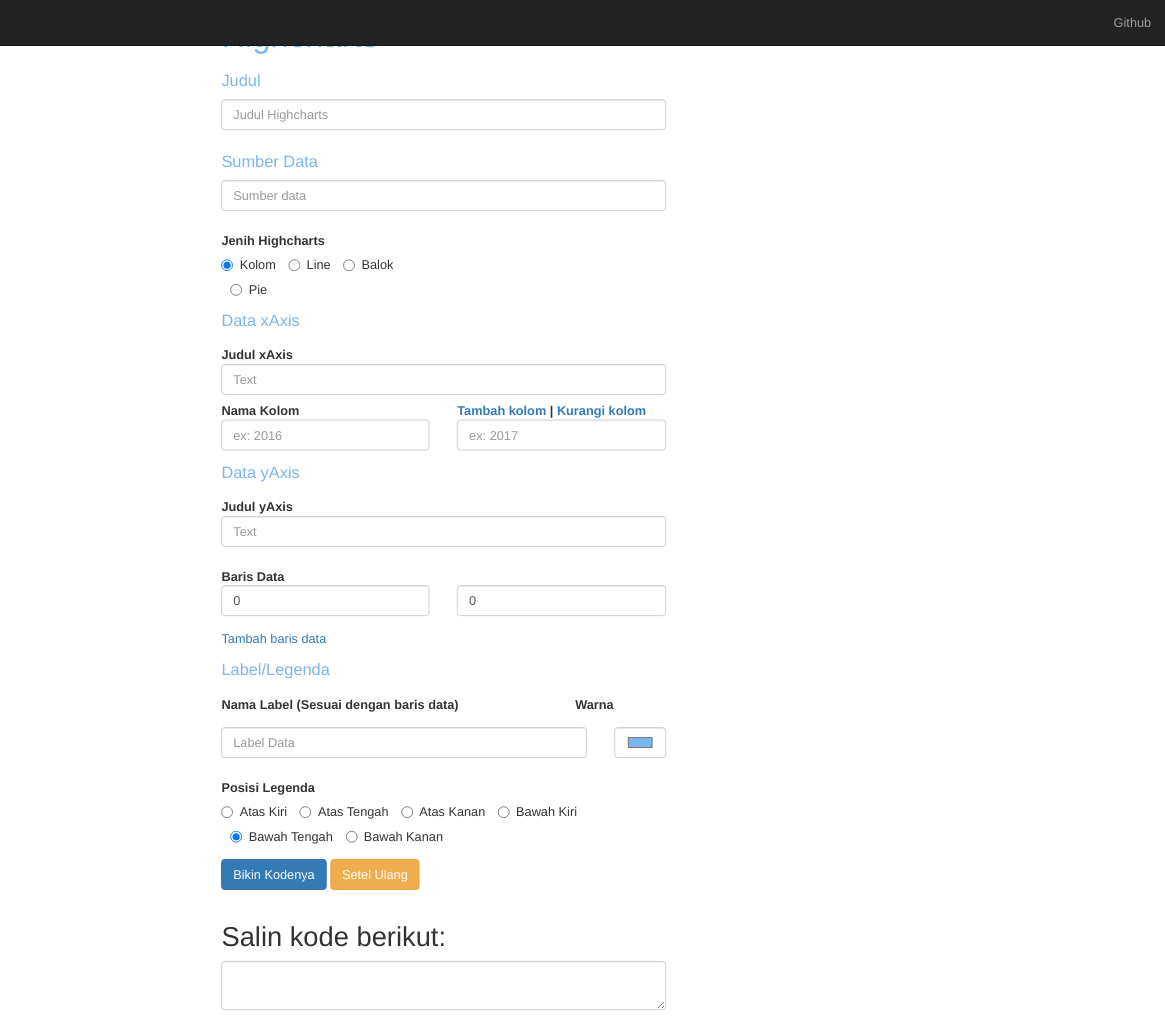
Repository: pt-kompas-media-nusantara/charts-generator
Page: index.html
The author's editor kept a record of every edit. The page is drawn from the files as they stood at one moment, then again after the next edit.
The browser window is 1280 px wide. The pictures show the whole page, at 91% of full size.
Some web libraries are served in a nearby version.

Above is the page before.

### index.html
<!DOCTYPE html>
<html>
    <head lang="en">
        <meta charset="utf-8">
        <meta name="viewport" content="width=device-width, initial-scale=1, maximum-scale=1, user-scalable=no">
        <meta http-equiv="X-UA-Compatible" content="IE=edge">
        <meta name="description" content="Penghasil bagan untuk editor Desk Multimedia Harian Kompas - Chart generator for multimedia editors of Kompas Daily, Indonesia">
        <meta name="author" content="Yosef Yudha Wijaya - https://github.com/gajayana">
        <title>Penghasil Bagan - Balok</title>
        <link rel="stylesheet" href="https://maxcdn.bootstrapcdn.com/bootstrap/3.3.5/css/bootstrap.min.css">
        <link rel="stylesheet" href="css/style.css">
        <script src="https://code.highcharts.com/highcharts.js"></script>
        <!--<script src="js/jscolor.js"></script>-->
    </head>
    <body>
        <nav class="navbar navbar-inverse navbar-fixed-top">
            <div class="container-fluid">
                <div id="navbar" class="navbar-collapse collapse">
                <ul class="nav navbar-nav navbar-right">
                    <li><a href="https://github.com/harian-kompas/chart-generator" target="_blank">Github</a></li>
                </ul>
                </div>
            </div>
        </nav>
        <div id="bar-chart" class="container-fluid">
            <div class="row">
                <div class="col-sm-10 col-sm-offset-3 col-md-10 col-md-offset-2 main">
                    <div class="col-md-12 col-sm-12">
                        <h1>Highcharts</h1>
                        <!--<h2 style="color: red; font-size: 14px;">Ada Bug di seksi custom legend, Sabar ya</h2>-->
                    </div>
                <div class="col-md-6 col-sm-6">
                    <form class="form-horizontal" id="proses-form">
                        <div class="form-group">
                            <div class="col-md-12 col-sm-12">
                                <h4>Judul</h4>
                                <input id="chart-title" name="chart-title" placeholder="Judul Highcharts" maxlength="100" class="form-control">
                            </div>
                        </div>
                        <div class="form-group">
                            <div class="col-md-12 col-sm-12">
                                <h4>Sumber Data</h4>
                                <input id="chart-data-source" name="chart-data-source" placeholder="Sumber data" maxlength="100" class="form-control">
                            </div>
                        </div>
                        <div class="form-group">
                            <div class="col-md-6 col-sm-6 col-xs-6">
                                <label class="control-label">Jenih Highcharts</label>
                                <div>
                                    <label class="radio-inline">
                                        <input type="radio" name="jenis" value="column" checked="checked">Kolom
                                    </label>
                                    <label class="radio-inline">
                                        <input type="radio" name="jenis" value="line">Line
                                    </label>
                                    <label class="radio-inline">
                                        <input type="radio" name="jenis" value="bar">Balok
                                    </label>
                                    <label class="radio-inline">
                                        <input type="radio" name="jenis" value="pie">Pie
                                    </label>
                                </div>
                            </div>
                        </div>
                        <h4>Data xAxis</h4>
                        <div id="table-column" class="form-group">
                            <div class="col-md-12 col-sm-12">
                                <label class="control-label">Judul xAxis</label>
                                <input type="text" maxlength="25" class="form-control" id="judul_kolom" placeholder="Text" maxlength="100">
                            </div>
                            <div class="col-md-6 col-sm-6 col-xs-6">
                                <label class="control-label">Nama Kolom</label>
                            </div>
                            <div class="col-md-6 col-sm-6 col-xs-6 txt-right">
                                <label class="control-label"> <a id="btn-add-table-column" href="#">Tambah kolom</a>&nbsp;|&nbsp;<a id="btn-remove-table-column" href="#">Kurangi kolom</a></label>
                            </div>
                            <div class="col-flexible col-md-6 col-sm-6 col-xs-6">
                                <input type="text" maxlength="25" class="form-control table-column-names" placeholder="ex: 2016">
                            </div>
                            <div class="col-flexible col-md-6 col-sm-6 col-xs-6">
                                <input type="text" maxlength="25" class="form-control table-column-names" placeholder="ex: 2017">
                            </div>
                        </div>
                        <h4>Data yAxis</h4>
                        <div class="form-group">
                            <div class="col-md-12 col-sm-12">
                                <label class="control-label">Judul yAxis</label>
                                <input type="text" maxlength="25" class="form-control" id="judul_baris" placeholder="Text" maxlength="100">
                            </div>
                        </div>
                        <label class="control-label">Baris Data</label>
                        <div class="table-rows form-group series-content" id="table-row-length">
                            <div class="col-flexible col-md-6 col-sm-6 col-xs-6">
                                <input type="text" placeholder="Data/Angka" maxlength="25" class="form-control table-rows-input" value="0">
                            </div>
                            <div class="col-flexible col-md-6 col-sm-6 col-xs-6">
                                <input type="text" placeholder="Data/Angka" maxlength="25" class="form-control table-rows-input" value="0">
                            </div>
                        </div>
                        <div id="new-table-row"></div>
                        <div class="form-group">
                            <div class="col-md-12 col-sm-12 col-xs-12 txt-right"><a id="btn-add-table-row" href="#">Tambah baris data</a></div>
                        </div>
                        <h4>Label/Legenda</h4>
                        <div class="form-group">
                            <div class="col-md-9 col-sm-9 col-xs-9">
                                <label class="control-label">Nama Label (Sesuai dengan baris data)</label>
                            </div>
                            <div class="col-md-3 col-sm-3 col-xs-3">
                                <label class="control-label">Warna</label>
                            </div>

                        </div>

                        <div class="form-group legend-content" id="legend-row">
                            <div class="col-flexible col-md-10 col-sm-10 col-xs-10">
                                <input type="text" placeholder="Label Data" maxlength="25" class="form-control legend-name">
                            </div>
                            <div class="col-flexible col-md-2 col-sm-2 col-xs-2">
                                <input class="form-control jscolor" placeholder="Warna" type="color" value="#7cb5ec">
                            </div>
                        </div>
                        <div id="new-new"></div>
                        <div class="form-group">
                            <div class="col-md-12col-sm-12 col-xs-12">
                                <label class="control-label">Posisi Legenda</label>
                                <div>
                                    <label class="radio-inline">
                                        <input type="radio" name="posisilegend" value="ataskiri">Atas Kiri
                                    </label>
                                    <label class="radio-inline">
                                        <input type="radio" name="posisilegend" value="atastengah">Atas Tengah
                                    </label>
                                    <label class="radio-inline">
                                        <input type="radio" name="posisilegend" value="ataskanan">Atas Kanan
                                    </label>
                                    <label class="radio-inline">
                                        <input type="radio" name="posisilegend" value="bawahkiri">Bawah Kiri
                                    </label>
                                    <label class="radio-inline">
                                        <input type="radio" name="posisilegend" value="bawahtengah" checked="checked">Bawah Tengah
                                    </label>
                                    <label class="radio-inline">
                                        <input type="radio" name="posisilegend" value="bawahkanan">Bawah Kanan
                                    </label>
                                </div>
                            </div>
                        </div>
                        <div class="form-group">
                            <div class="col-md-12 col-sm-12 col-xs-12 txt-right">
                                <button id="btn-submit" type="submit" class="btn btn-primary">Bikin Kodenya</button>
                                <button type="reset" class="btn btn-warning">Setel Ulang</button>
                            </div>
                        </div>
                        <div class="form-group">
                            <div class="col-md-12 col-sm-12 col-xs-12">
                                <h2>Salin kode berikut:</h2>
                            </div>
                            <div class="col-md-12 col-sm-12 col-xs-12">
                                <textarea id="chart-code" class="form-control"></textarea>
                            </div>
                        </div>
                    </form>
                </div>
                <div class="col-md-6 col-sm-6 sticky">
                    <div id="result"></div>
                    <p style="display: block; width:100%; font-size: 11px; color: #949494; padding:5px 0; margin:0;"></p>
                </div>
                </div>
            </div>
        </div>
        <script src="https://cdnjs.cloudflare.com/ajax/libs/jquery/3.2.1/jquery.js" type="text/javascript"></script>
        <script src="https://www.google.com/jsapi" type="text/javascript"></script>
        <script src="js/build-chart.js" type="text/javascript"></script>
    </body>
</html>

### css/style.css
h1, h4{
    color: #7cb5ec;
}
.container-custom{
    width: 1440px;
    margin: 0 auto;
}
.btn-absolute{
    position: absolute;
    z-index: 3;
}

h4 span{
    font-size: 16px;
    color: #000;
    font-weight: 300;
}
.nav-link img{
    width: 24px;
}
.nav-link{
    cursor: pointer;
}
.nav-link.active{
    background-color: #f8f9fa;
}
.check-status{
    display: none;
}
.check-status.active{
    display: block;
}

Loaded but not shown: js/build-chart.js (446 lines, source omitted)

After the next edit:
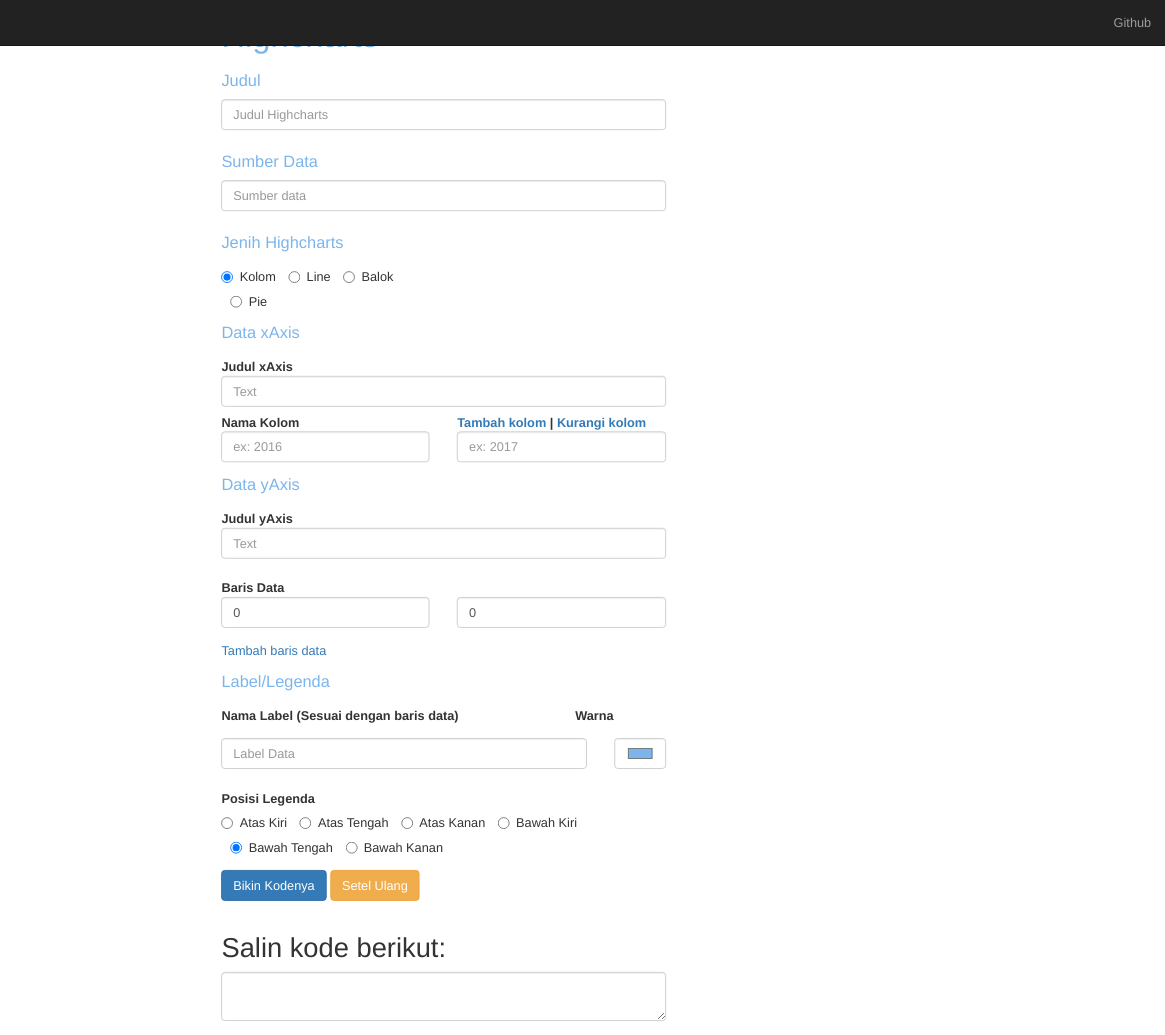
The edit:
--- a/index.html
+++ b/index.html
@@ -45,7 +45,7 @@
                         </div>
                         <div class="form-group">
                             <div class="col-md-6 col-sm-6 col-xs-6">
-                                <label class="control-label">Jenih Highcharts</label>
+                                <h4>Jenih Highcharts</h4>
                                 <div>
                                     <label class="radio-inline">
                                         <input type="radio" name="jenis" value="column" checked="checked">Kolom
